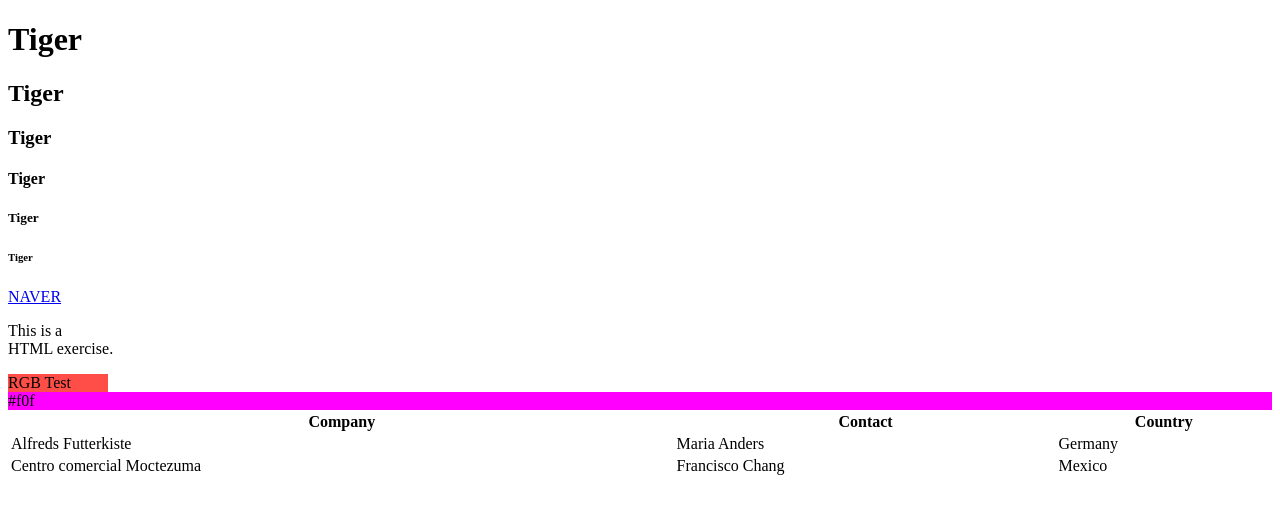
Repository: soobin10236/Class
Page: Web02/src/main/webapp/index.html
These files come from the project's save history. The page is drawn as it stood at one moment and after the next save; the edit follows.
The browser window is 1280 px wide. The pictures show the whole page.

Above is the page before, as saved 2021-09-06 05:05:34.

After the next save:
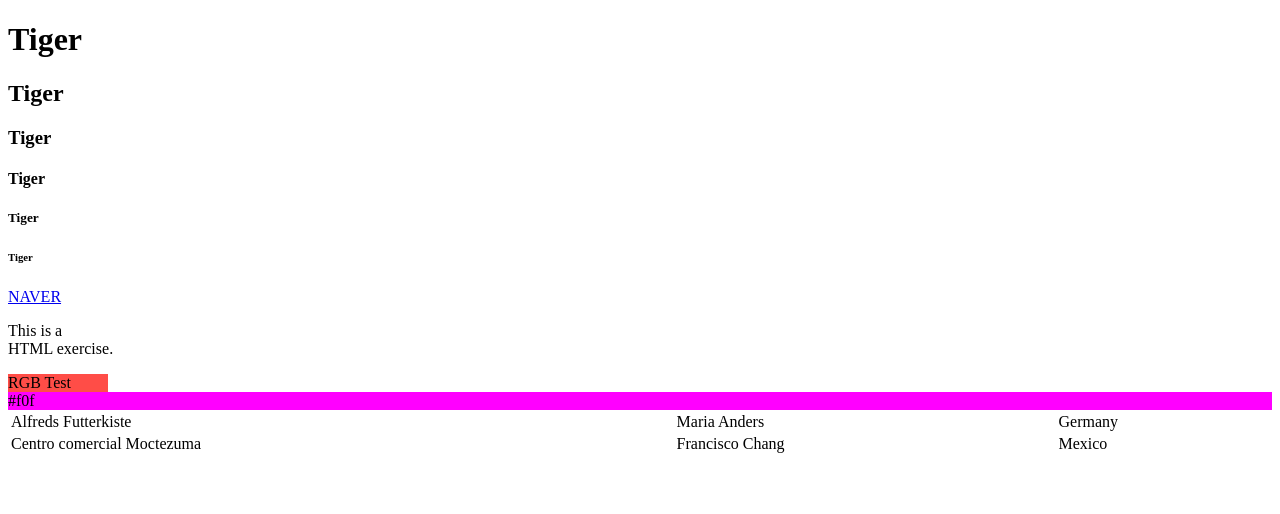
Saved 71 s later.
--- a/Web02/src/main/webapp/index.html
+++ b/Web02/src/main/webapp/index.html
@@ -12,17 +12,14 @@
 	<h5>Tiger</h5>
 	<h6>Tiger</h6>
 	<a href="https://www.naver.com">NAVER</a>
-	<p>This is a <br/> HTML exercise.</p>
+	<p>
+		This is a <br /> HTML exercise.
+	</p>
 	<!-- Ctrl + Shift + / -->
-	<div style="background:rgb(255,77,71);width:100px;">RGB Test</div>
-	<div style="background:#ff00ff">#f0f</div>
+	<div style="background: rgb(255, 77, 71); width: 100px;">RGB Test</div>
+	<div style="background: #ff00ff">#f0f</div>
 
 	<table style="width: 100%">
-		<tr>
-			<th>Company</th>
-			<th>Contact</th>
-			<th>Country</th>
-		</tr>
 		<tr>
 			<td>Alfreds Futterkiste</td>
 			<td>Maria Anders</td>
